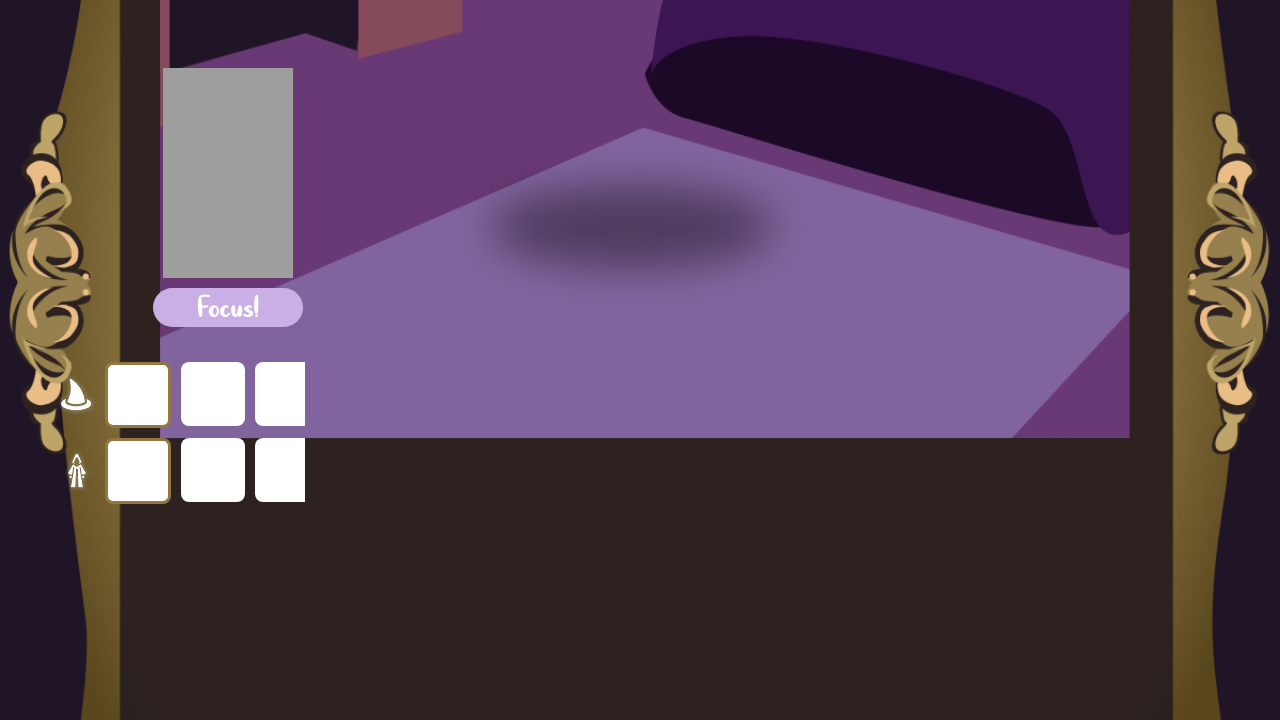
Repository: zhangolivia7/Little-Witch-Alcove
Page: popup.html
An editor plug-in stored every save of this project. The page is shown before and after the next save, followed by the edit.
The browser window is 1280 px wide. The pictures show the whole page.
Pictures or frames that could not be fetched are drawn as grey boxes.

Above is the page before, as saved 2025-11-15 17:05:49.

After the next save:
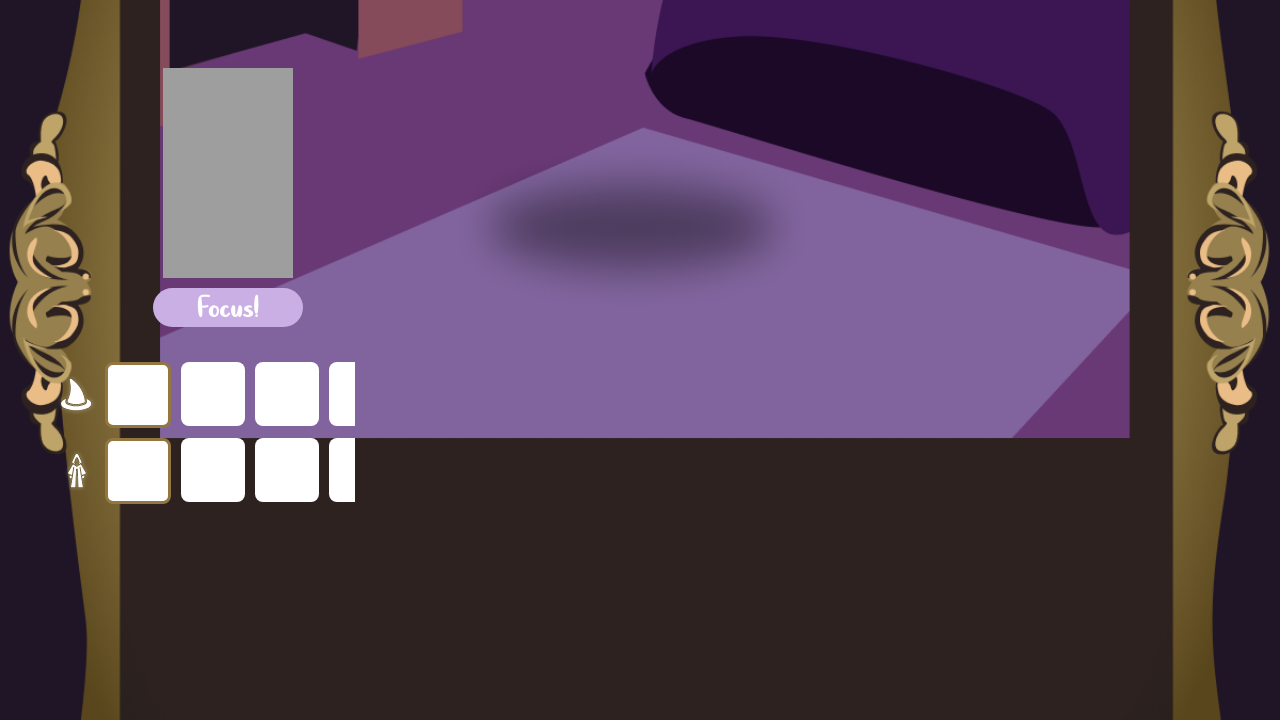
Saved 34 s later.
--- a/popup.css
+++ b/popup.css
@@ -67,7 +67,7 @@ body {
     overflow-x: auto;
     overflow-y: hidden;
     flex: 1;
-    max-width: 200px;
+    max-width: 250px;
     scrollbar-width: none;
     -ms-overflow-style: none;
   }
